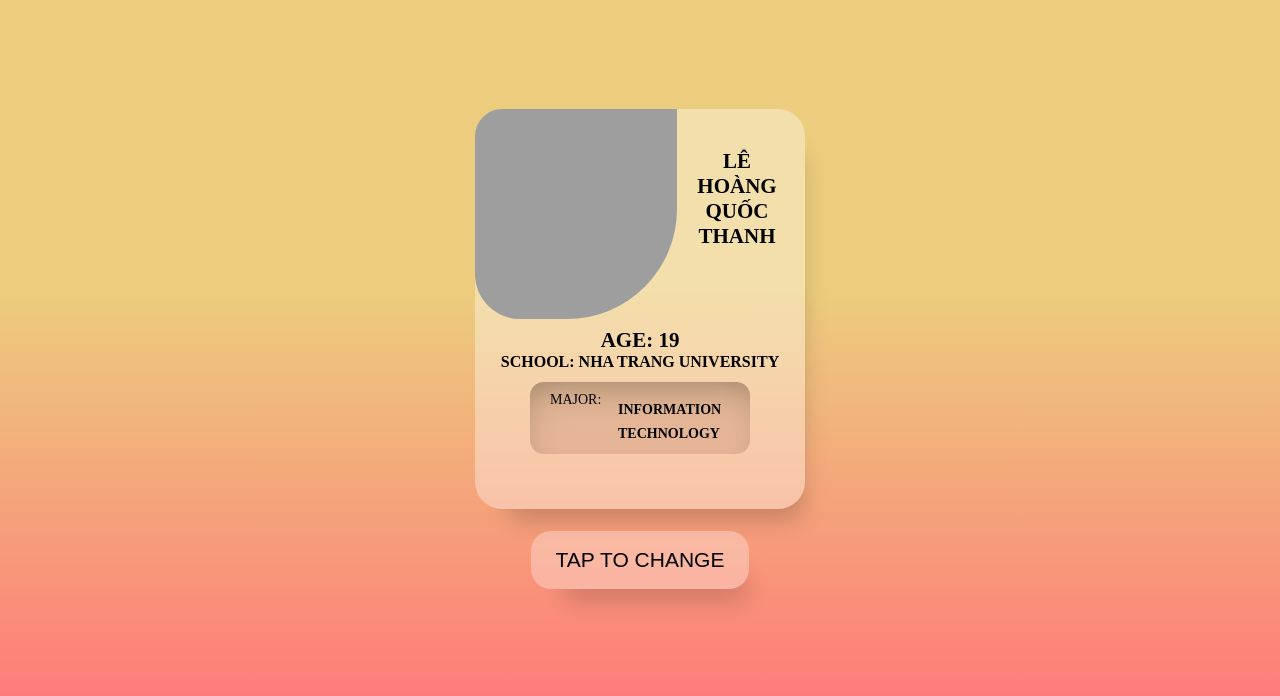
Repository: ThanhThn/profile
Page: index.html
These files come from the project's save history. The page is drawn as it stood at one moment and after the next save; the edit follows.
The browser window is 1280 px wide. The pictures show the whole page.
Pictures or frames that could not be fetched are drawn as grey boxes. Some web fonts or font styles are not loaded; a fallback is used.

Above is the page before, as saved 2022-12-05 20:47:33.

### index.html
<!DOCTYPE html>
<html lang="en">
<head>
    <meta charset="UTF-8">
    <meta http-equiv="X-UA-Compatible" content="IE=edge">
    <meta name="viewport" content="width=device-width, initial-scale=1.0">
    <title>Document</title>
    <link rel="stylesheet" href="style.css">
</head>
<body>
    <div class="container">
        <div class="content">
            <img src="avata.jpg" alt="avatar">
            <span class="name">LÊ hoàng quốc thanh</span>
            <span class="age" ></span>
            <span id="school">school: nha trang university</span>
            <div class="major">
                <span id = "major">Major:</span>
                <span id = "major--name">information technology</span>
            </div>
        </div>
        <button id="btn">tap to change</button>
    </div>

    <script>
        var ages = new Date().getFullYear() - 2003;
        var text = document.getElementsByClassName("age");
        for(let i = 0; i < text.length; i++){
            text[i].innerHTML = `age: ${ages}`;
        }
    </script>

    <script>
        const btn = document.getElementById("btn");
        const main = document.querySelector(".container");
        btn.addEventListener("click", () => {

        })
    </script>
</body>
</html>

### style.css
@import url('https://fonts.googleapis.com/css2?family=Kodchasan:wght@700&family=Lemonada:wght@300;600;700&family=Pacifico&display=swap');
*{
    padding: 0;
    margin: 0;
    box-sizing: border-box;
}

body{
    background:  linear-gradient( to bottom, rgba(223, 172,39,60%) 40%, rgba(255,22,22,58%) 100% );
    width: 100%;
    height: 100vh;
}
.container{
    position: absolute;
    top: 50%;
    left: 50%;
    transform: translate(-50%, -50%);
    display: flex;
    flex-direction: column;
    align-items: center;
    animation: rotate linear  infinite;
}

.content{
    width: 330px;
    height: 400px;
    background: rgba(255, 255, 255, 35%);
    border-radius: 27px;
    box-shadow: rgba(0, 0, 0, .2) 15px 28px 25px -18px;
    animation: rotate linear  infinite;
}

.content img{
    width: 202px;
    height: 210px;
    border-radius: 27px 0 110px 45px;
    object-fit: cover;
    object-position: -32px 0;
}
span{
    width: 104px;
    font-size: 21px;
    text-transform: uppercase;
    font-weight: 700;
    font-family: 'Lemonada', cursive;
}
.content .name{
    position: absolute;
    text-align: center;
    top: 40px;
    left: 210px;
}

.content .age{
    display: block;
    position: relative;
    width: 100%;
    top: 5px;
    text-align: center;
}
#school{
    font-size: 16px;
    font-weight: 600;
    display: block;
    width: 100%;
    text-align: center;
    position: relative;
    top:5px;
}

.major{
    width: 220px;
    height: 72px;
    background-color: rgba(126, 48, 40, .15);
    border-radius: 14px;
    box-shadow: 3px 20px 39px -19px rgba(0,0,0,0.35) inset;
    -webkit-box-shadow: 3px 20px 39px -19px rgba(0,0,0,0.35) inset;
    -moz-box-shadow: 3px 20px 39px -19px rgba(0,0,0,0.35) inset;
    margin: 16px auto 0 auto;
    padding: 8px 0 0 20px ;
    position: relative;
}

.major #major{
    font-weight: 300;
    font-size: 14px;
}

.major #major--name{
    display: block;
    position: absolute;
    top: 22%;
    left: 40%;
    font-weight: 600;
    font-size: 14px;
    line-height: 24px;
}
#btn{
    background: rgba(255, 255, 255, .3);
    width: 218px;
    height: 58px;
    border-radius: 20px;
    border: none;
    margin: 22px;
    font-family: 'Kodchasan', sans-serif;
    font-size: 21px;
    text-transform: uppercase;
    box-shadow: rgba(0, 0, 0, .2) 15px 28px 25px -18px;
    background-position: 0 90%;
    background-repeat: repeat no-repeat;

}

#btn:hover {
    box-shadow: rgba(0, 0, 0, .3) 2px 8px 8px -5px;
    transform: translate3d(0, 2px, 0);
}


#btn:focus {
  box-shadow: rgba(0, 0, 0, .3) 2px 8px 4px -6px;
}

@keyframes rotate {
    from{
        transform: rotateX(0);
    }to{
        transform: rotateX(180deg);
    }
}

After the next save:
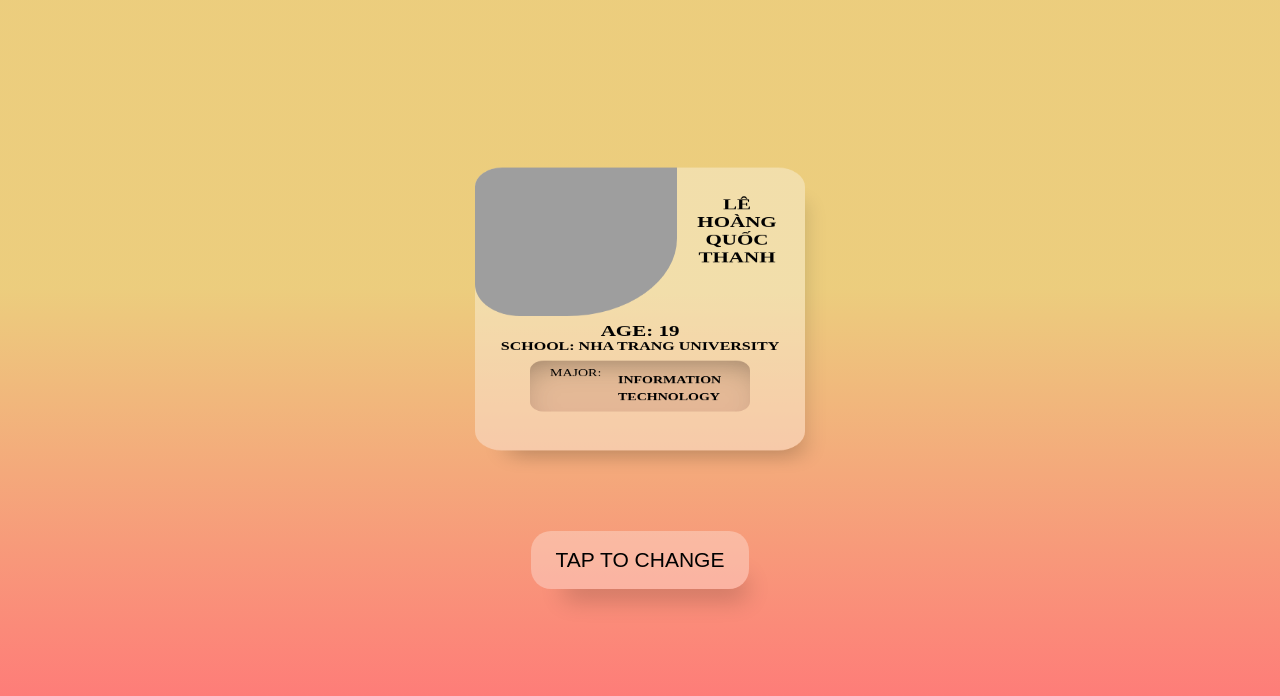
Saved 10 s later.
--- a/style.css
+++ b/style.css
@@ -27,7 +27,7 @@
     background: rgba(255, 255, 255, 35%);
     border-radius: 27px;
     box-shadow: rgba(0, 0, 0, .2) 15px 28px 25px -18px;
-    animation: rotate linear  infinite;
+    animation: rotate  4s linear  infinite;
 }
 
 .content img{
